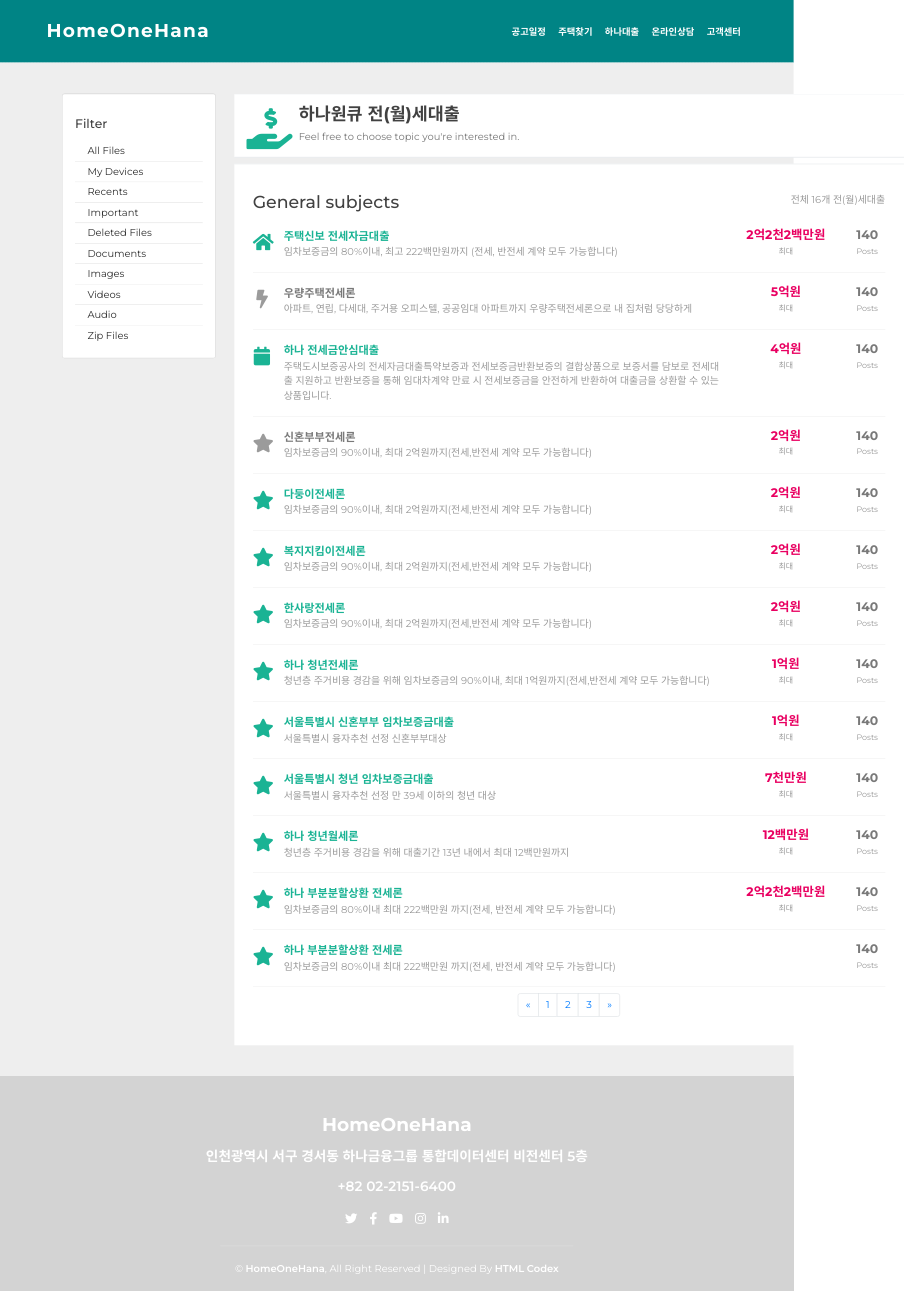
Repository: koposoftware/2021_10_syyoon
Page: http://localhost/HomeOneHana/WEB-INF/jsp/loan/loan.jsp
The author's editor kept a copy of each file at every save. The page is drawn from the files as they stood at one save, then again after the next save.
The browser window is 1280 px wide. The page is 1473 px wide, so the pictures cover 1473 px, including what lies to the right of the window. The pictures show the whole page, at 62% of full size.
Some icons come from a web library that is not loaded, so they are not drawn. Some web libraries are served in a nearby version. The page is served by Tomcat 9. Nobody is signed in. The template is opened directly, without the code that normally fills it, so the values that code supplies are empty.

Above is the page before, as saved 2021-09-14 05:11:54.

After the next save:
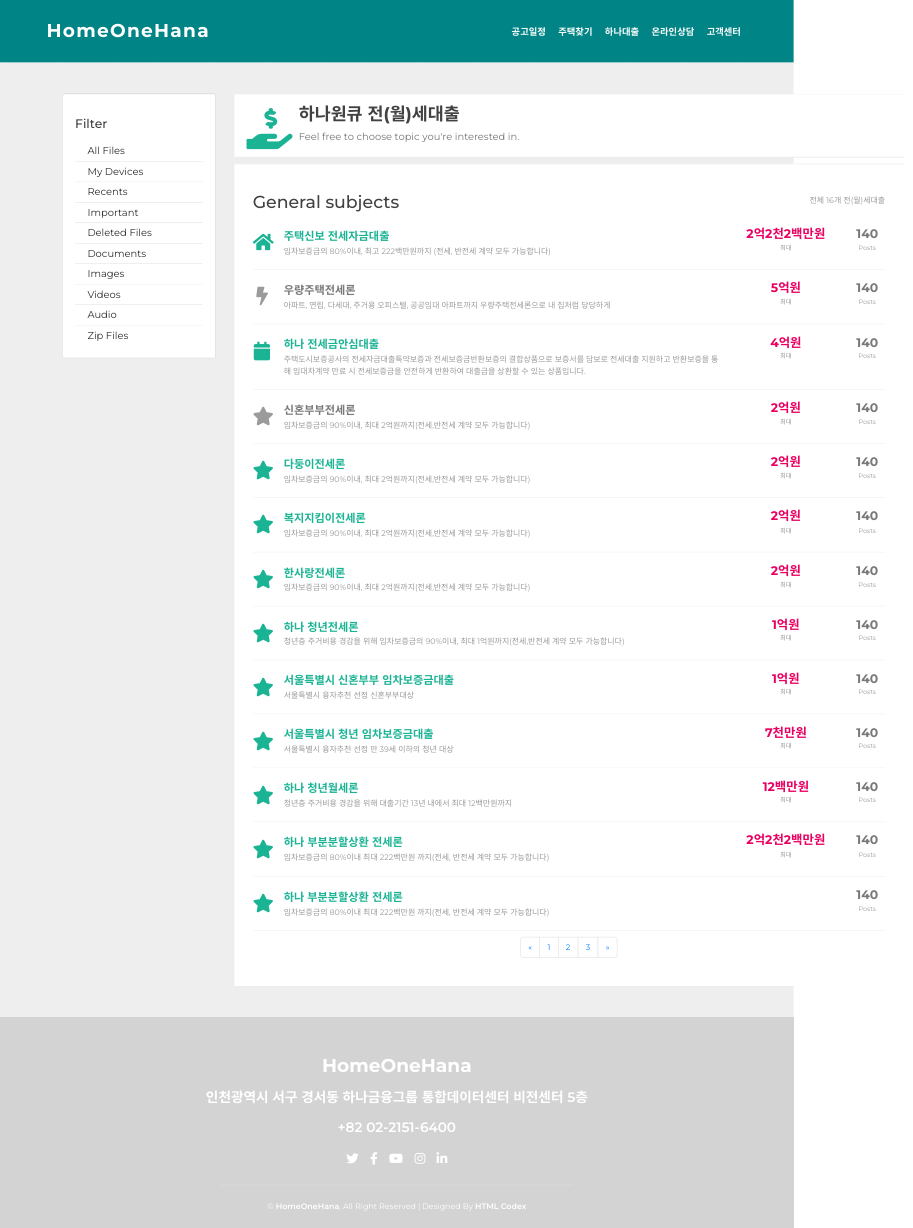
Saved 56 s later.
--- a/project/Spring-mvc/HomeOneHana/src/main/webapp/WEB-INF/jsp/loan/loan.jsp
+++ b/project/Spring-mvc/HomeOneHana/src/main/webapp/WEB-INF/jsp/loan/loan.jsp
@@ -64,7 +64,7 @@
 
 			                <div class="forum-title">
 			                    <div class="pull-right forum-desc">
-			                        <samll>전체 16개 전(월)세대출</samll>
+			                        <small>전체 16개 전(월)세대출</samll>
 			                    </div>
 			                    <h3>General subjects</h3>
 			                </div>
